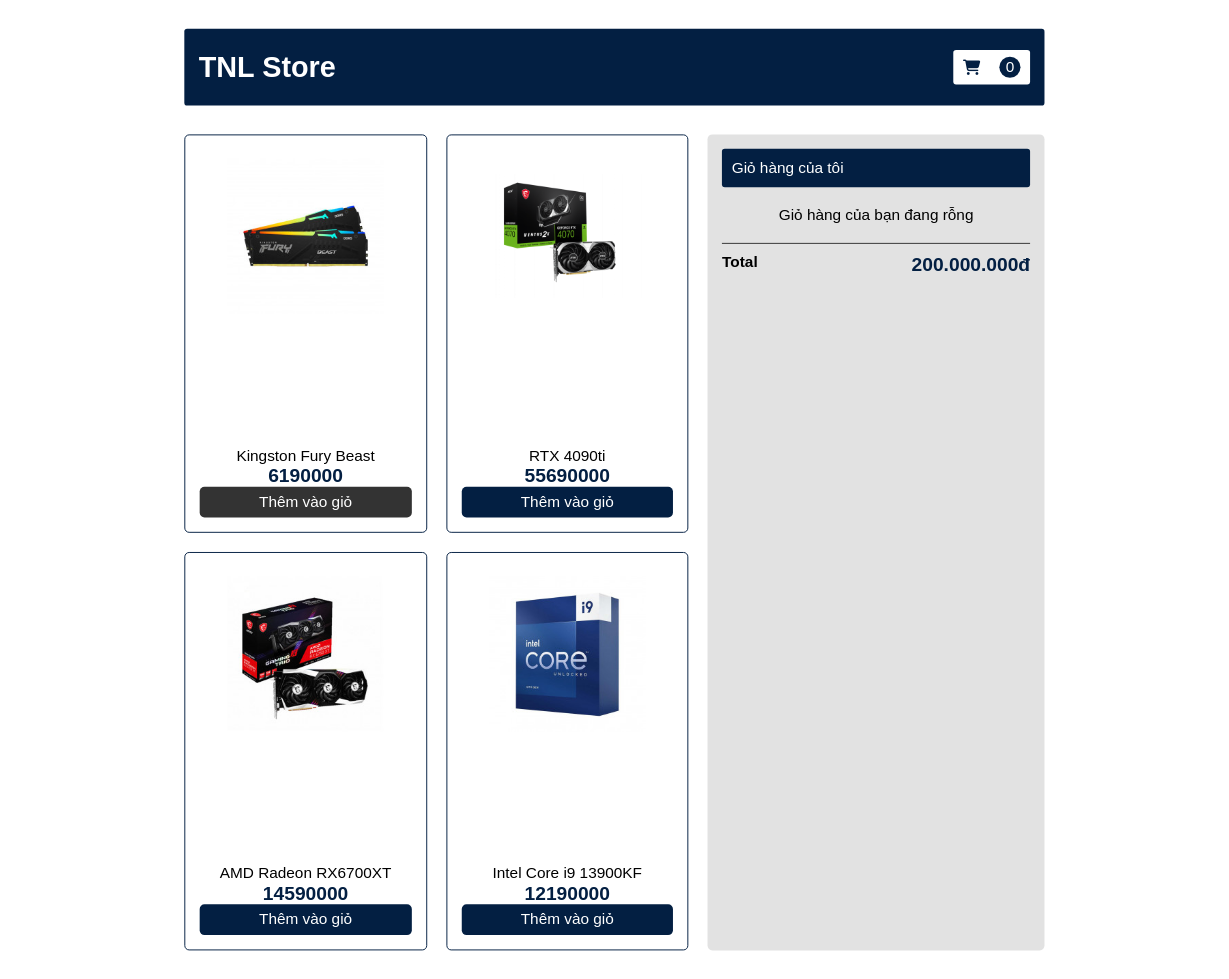
Repository: HPNChanel/DACS
Page: shopcart/shopcart.html
An editor plug-in stored every save of this project. The page is shown before and after the next save, followed by the edit.
The browser window is 1280 px wide. The pictures show the whole page, at 96% of full size.
The pointer rests on the first visible `button`.
Some web libraries are served in a nearby version.

Above is the page before, as saved 2023-04-14 15:02:16.

### shopcart/shopcart.html
<!DOCTYPE html>
<html lang="en">
<head>
    <meta charset="UTF-8">
    <meta http-equiv="X-UA-Compatible" content="IE=edge">
    <meta name="viewport" content="width=device-width, initial-scale=1.0">
    <title>Document</title>
    <link rel="stylesheet" href="./shopcart.css">
    <script src="http://kit.fontawesome.com/92d70a2fd8.js"></script>
</head>
<body>
    <div class="header">
        <p class="logo">TNL Store</p>
        <div class="cart"><i class="fa-solid fa-cart-shopping"></i>
            <p id="count">0</p>
        </div>
    </div>
    <div class="container">
        <div id="root">

        </div>
        <div class="sidebar">
            <div class="head">Giỏ hàng của tôi
            </div>
            <div id="cart-item">Giỏ hàng của bạn đang rỗng</div>
            <div class="foot">
                <h3>Total</h3>
                <h2 id="total">200.000.000đ</h2>
            </div>
        </div>
    </div>
    <script src="./shopcart.js"></script>

</body>
</html>

### shopcart/shopcart.css
*{
    margin: 0;
    padding: 0;
    box-sizing: border-box;
    font-family: 'poppins', sans-serif;
    font-size: 16px;
}

body{
    display: flex;
    align-items: center;
    justify-content: center;
    flex-direction: column;
}
.header{
    height: 80px;
    width: 70%;
    background-color: rgb(3, 31, 66);
    border-radius: 3px;
    margin: 30px 0px;
    display: flex;
    align-items: center;
    justify-content: space-between;
    padding: 15px;
}
.header .logo{
    font-size: 30px;
    font-weight: bold;
    color: white;
}
.cart{
    display: flex;
    background-color: rgb(255, 255, 255);
    justify-content: space-between;
    align-items: center;
    padding: 7px 10px;
    border-radius: 3px;
    width: 80px;
}
.fa-solid{
    color:rgb(3, 31, 66);

}
.cart p{
    height: 22px;
    width: 22px;
    display: flex;
    align-items: center;
    justify-content: center;
    border-radius: 22px;
    background-color: rgb(3, 31, 66);
    color: white;
}
.container{
    display: flex;
    width: 70%;
    margin-bottom: 30px;
}
#root{
    width: 60%;
    display: grid;
    grid-template-columns: repeat(2, 1fr);
    grid-gap: 20px;
}
.sidebar{
    width: 40%;
    border-radius: 5px;
    background-color: #e2e2e2;
    margin-left: 20px;
    padding: 15px;
    text-align: center;
}
.head{
    background-color: rgb(3, 31, 66);
    border-radius: 3px;
    height: 40px;
    padding: 10px;
    margin-bottom: 20px;
    color: white;
    display: flex;
    align-items: center;
}
.foot{
    display: flex;
    justify-content: space-between;
    margin: 20px 0px;
    padding: 10px 0px;
    border-top: 1px solid #333;
}
.box{
    display: flex;
    flex-direction: column;
    align-items: center;
    justify-content: space-between;
    border: 1px solid rgb(3, 31, 66);
    border-radius: 5px;
    padding: 15px;
}
.img-box{
    width: 100%;
    height: 180px;
    display: flex;
    align-items: center;
    justify-content: center;
}
.images{
    max-width: 90%;
    max-height: 90%;
    object-fit: cover;
    object-position: center;
}
.bottom{
    margin-top: 20px;
    width: 100%;
    text-align: center;
    display: flex;
    flex-direction: column;
    align-items: center;
    justify-content: space-between;
    height: 110px;
}
h2{
    font-size: 20px;
    color: rgb(3, 31, 66);
}
button{
    width: 100%;
    position: relative;
    border: none;
    border-radius: 5px;
    background-color:rgb(3, 31, 66);
    padding: 7px 25px;
    cursor: pointer;
    color: white
}
button:hover{
    background-color: #333;
}

### shopcart/shopcart.js
//Khởi tạo các đối tượng mặt hàng, ở đây em lấy tầm 6 cái nha anh em
const product = [
    {
        id: 0,
        image: './RAM1.jpg',
        title: 'Kingston Fury Beast',
        price: 6190000
    },
    {
        id: 3,
        image: './VGA1.png',
        title: 'RTX 4090ti',
        price: 55690000
    },
    {
        id: 4,
        image: './VGA6.jpg',
        title: 'AMD Radeon RX6700XT',
        price: 14590000
    },
    {
        id: 2,
        image: './13900K-KF-1-228x228.jpg',
        title: 'Intel Core i9 13900KF',
        price: 12190000
    },
];
const categories = [...new Set(product.map((item)=>
    {return item}))]
    let i = 0;
document.getElementById('root').innerHTML = categories.map((item) => {
    var{image, title, price} = item;
    return(
        `<div class='box'>
            <div class='img-box'>
                <img class='images' src=${image}></img>
            </div>
            <div class='bottom'>
            </div>
            <p>${title}</p>
            <h2>${price}</h2>`+
            "<button onclick='addtocart("+(i++)+")'>Thêm vào giỏ</button>" + `</div>
        </div>`
    )
}).join('')

After the next save:
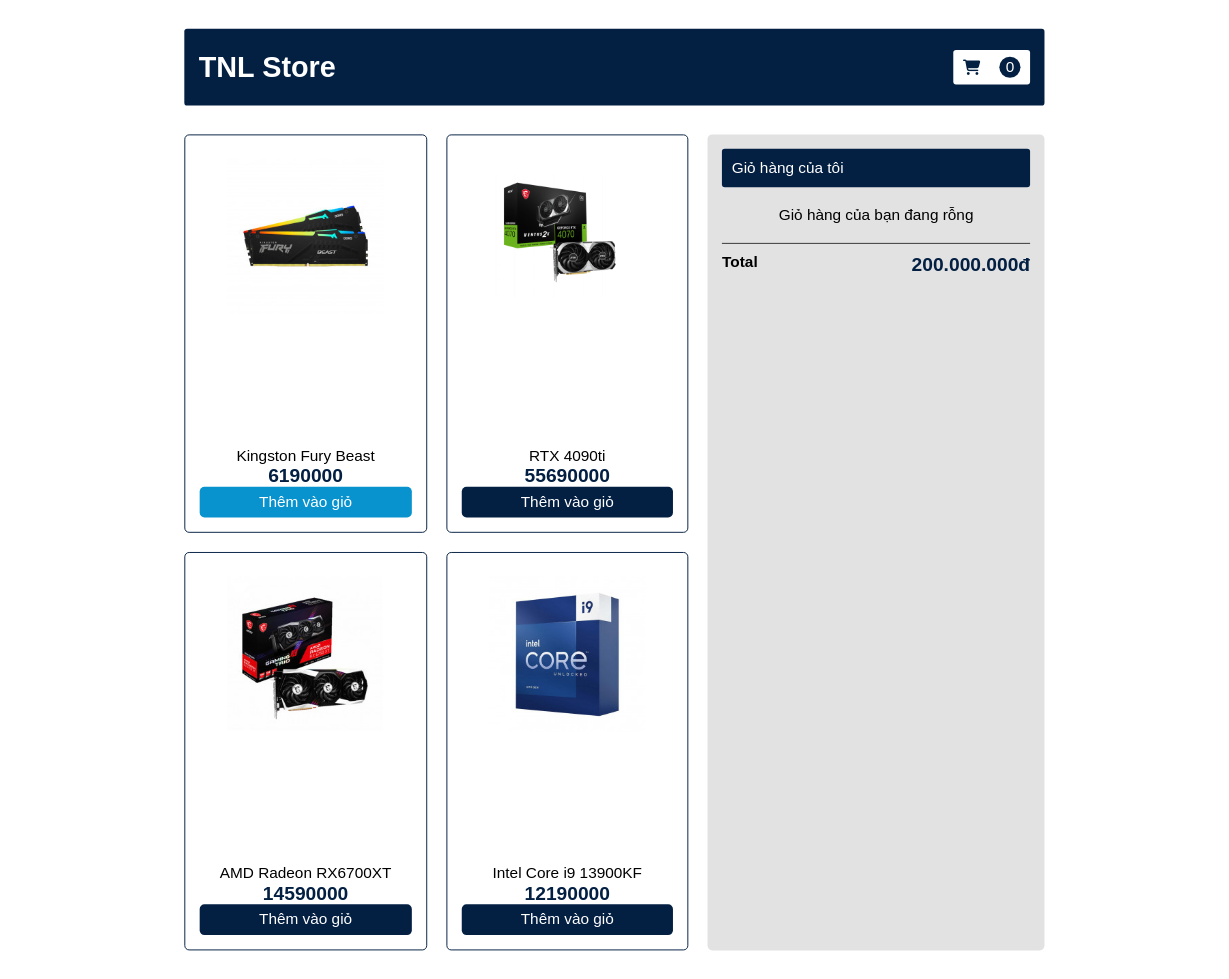
Saved 20 s later.
--- a/shopcart/shopcart.css
+++ b/shopcart/shopcart.css
@@ -134,5 +134,5 @@
     color: white
 }
 button:hover{
-    background-color: #333;
+    background-color: #0893cf;
 }
